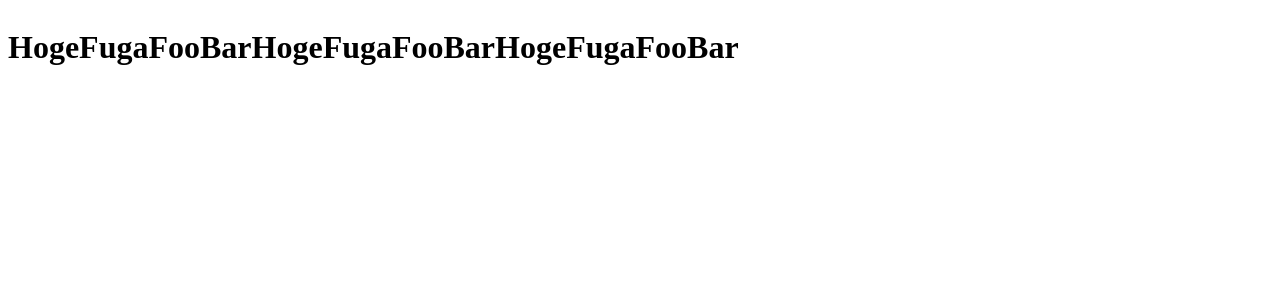
Repository: anan5621/samurai_HTML-CSS
Page: 5.html
The author's editor kept a record of every edit. The page is drawn from the files as they stood at one moment, then again after the next edit.
The browser window is 1280 px wide. The pictures show the whole page.

Above is the page before.

After the next edit:
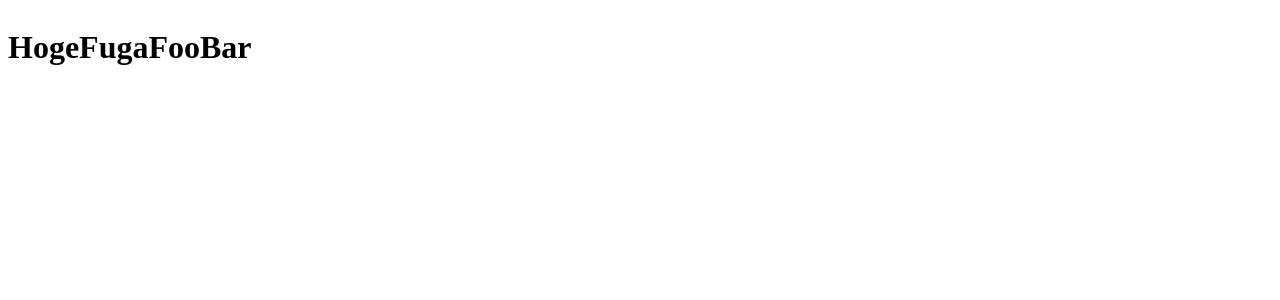
The edit:
--- a/5.html
+++ b/5.html
@@ -1,44 +1,18 @@
 <html lang="ja">
     <head>
         <style>
-            #no-wrap {
+            #flex-start {
                 display: flex;
-                flex-wrap:nowrap;
+                align-items: flex-start;
             }
-
-            #wrap {
-                display: flex;
-                flex-wrap: wrap;
-            }
-
-            #no-wrap {
-                display: flex;
-                flex-wrap: wrap-reverse;
-            }
-
         </style>
     </head>
     <body>
-        <div id="no-wrap">
-            <h1>Hoge</h1>
-            <h1>Fuga</h1>
-            <h1>Foo</h1>
-            <h1>Bar</h1>
-
-        <div id="wrap">
+        <div id="flex-start">
             <h1>Hoge</h1>
             <h1>Fuga</h1>
             <h1>Foo</h1>
             <h1>Bar</h1>
         </div>
-
-        <div id="no-wrap">
-            <h1>Hoge</h1>
-            <h1>Fuga</h1>
-            <h1>Foo</h1>
-            <h1>Bar</h1>
-        </div>
-
-        </div>
     </body>
 </html>
